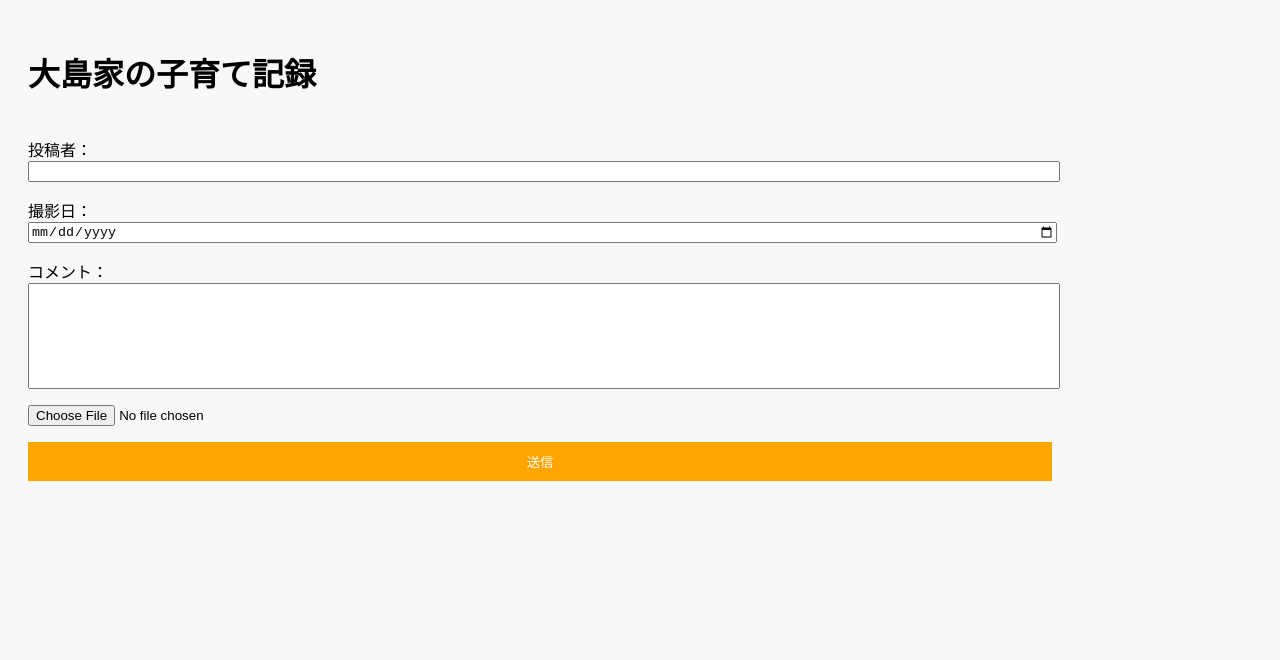
Repository: daidai0602/gs_kadai_questionnaire
Page: http://localhost/post.php
The author's editor kept a copy of each file at every save. The page is drawn from the files as they stood at one save, then again after the next save.
The browser window is 1280 px wide. The pictures show the whole page.
The page is run by PHP 8.4 with error messages shown; the project is at /var/www/html/.

Above is the page before, as saved 2023-11-15 23:17:48.

After the next save:
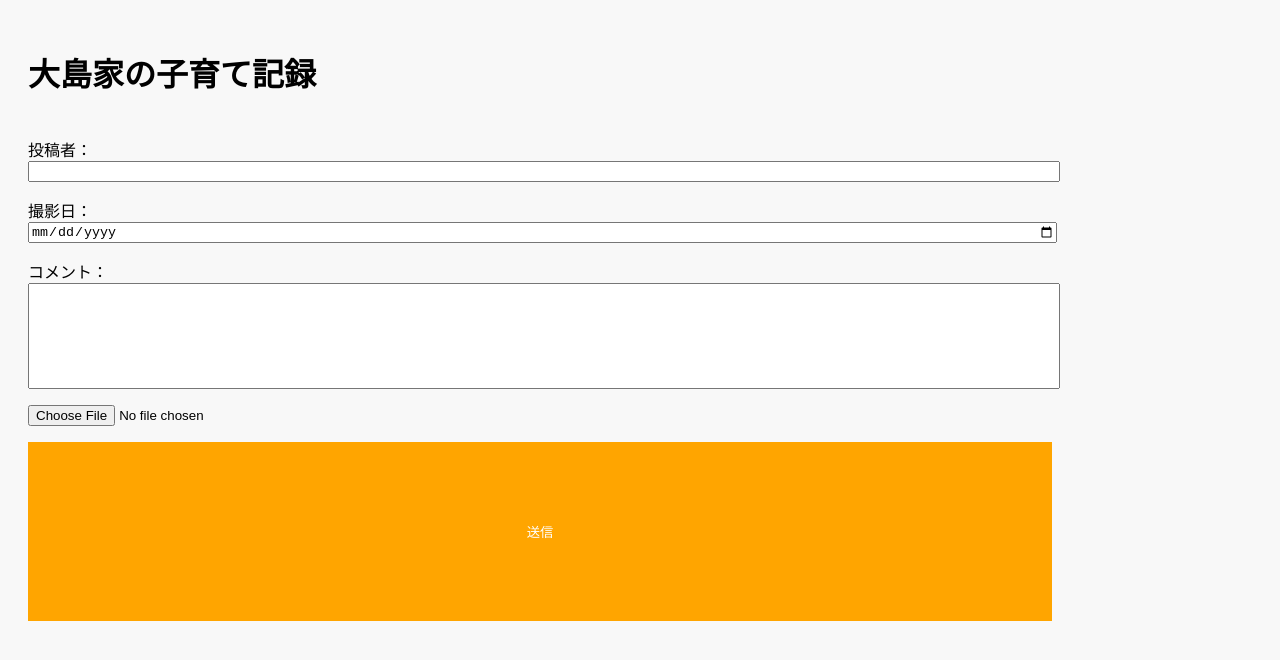
Saved 6 s later.
--- a/post.php
+++ b/post.php
@@ -23,7 +23,7 @@
     input[type=submit]{
       background-color: orange;
       color: white;
-      padding: 10px 20px;
+      padding: 80px 20px;
       border: none;
       cursor: pointer;
 

After the save that followed:
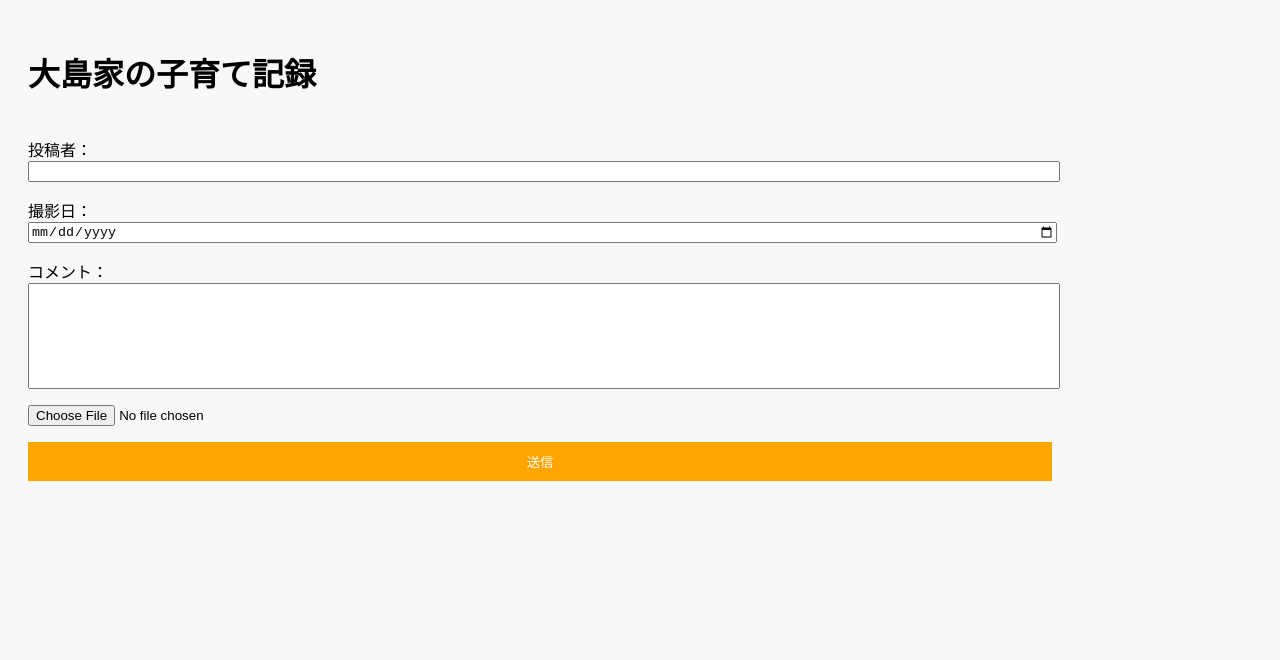
Saved 14 s later.
--- a/post.php
+++ b/post.php
@@ -23,7 +23,7 @@
     input[type=submit]{
       background-color: orange;
       color: white;
-      padding: 80px 20px;
+      padding: 10px 20px;
       border: none;
       cursor: pointer;
 
